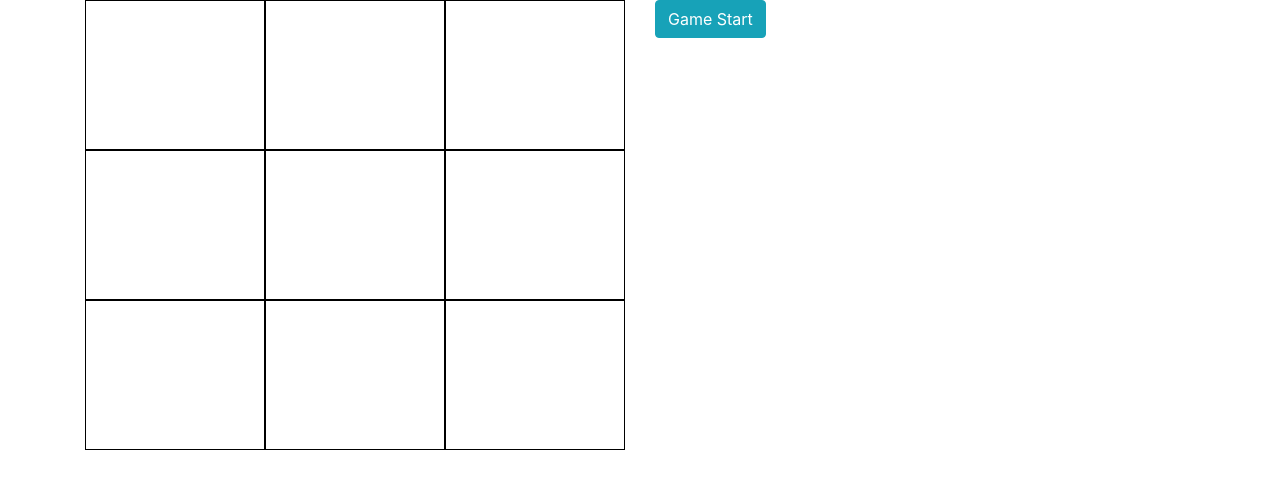
Repository: tts2610/Tic-Tac_Toe
Page: /
These files come from the project's save history. The page is drawn as it stood at one moment and after the next save; the edit follows.
The browser window is 1280 px wide. The pictures show the whole page.
The project was rebuilt for these pictures with package versions that can differ from the ones it lists, and the page was loaded fresh each time.

Above is the page before, as saved 2020-06-02 14:06:10.

After the next save:
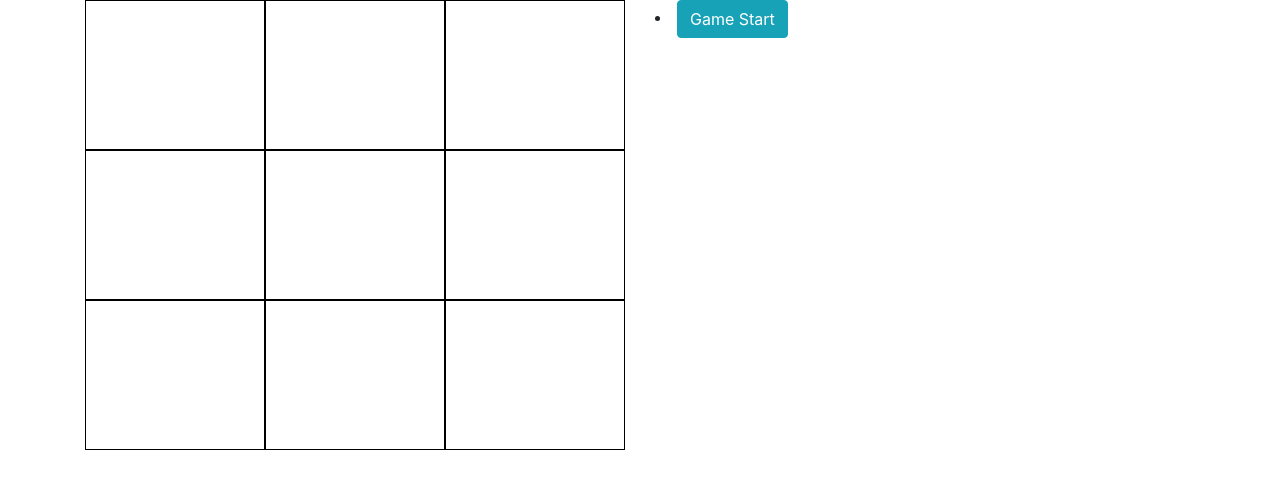
Saved 34 s later.
--- a/src/components/HistoryBoard.js
+++ b/src/components/HistoryBoard.js
@@ -7,14 +7,18 @@
       {keys.map((element, index) => {
         if (index === 0)
           return (
-            <button key={index} type="button" className="btn btn-info">
-              Game Start
-            </button>
+            <li>
+              <button key={index} type="button" className="btn btn-info">
+                Game Start
+              </button>
+            </li>
           );
         return (
-          <button key={index} type="button" className="btn btn-light">
-            {element}
-          </button>
+          <li>
+            <button key={index} type="button" className="btn btn-light">
+              {element}
+            </button>
+          </li>
         );
       })}
     </div>

After the 6 saves that followed:
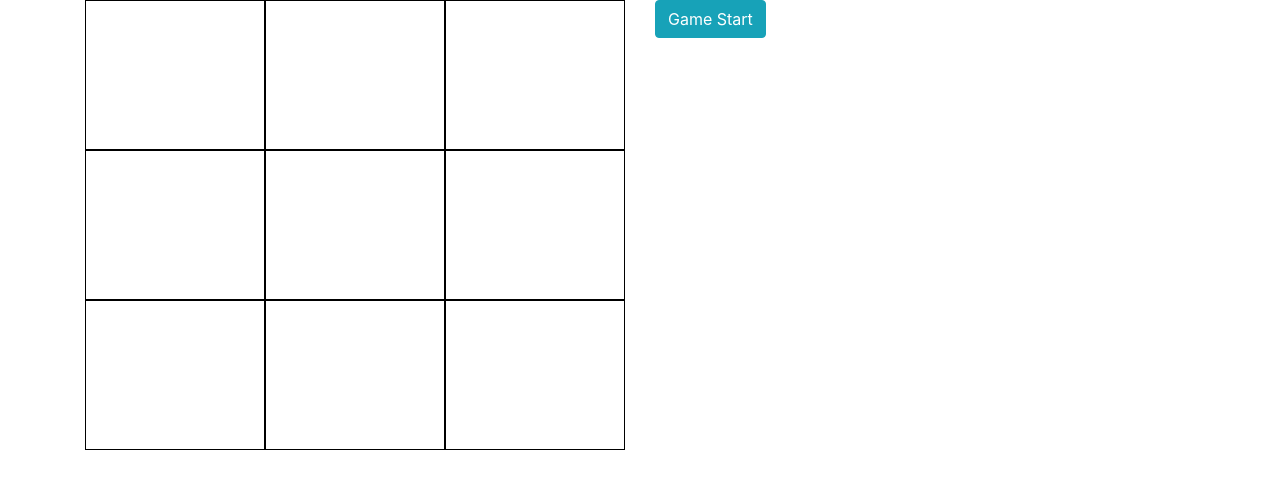
The 6 saves are shown as one change because 1 did not build or start and 4 left the picture as it was.
The last was saved 110 s later.
--- a/src/App.css
+++ b/src/App.css
@@ -3,3 +3,7 @@
     height: 150px;
     border: 1px solid black;
 }
+
+.myLi {
+    list-style-type: none;
+}
--- a/src/components/HistoryBoard.js
+++ b/src/components/HistoryBoard.js
@@ -7,16 +7,16 @@
       {keys.map((element, index) => {
         if (index === 0)
           return (
-            <li>
-              <button key={index} type="button" className="btn btn-info">
+            <li key={index} className="myLi">
+              <button type="button" className="btn btn-info">
                 Game Start
               </button>
             </li>
           );
         return (
-          <li>
-            <button key={index} type="button" className="btn btn-light">
-              {element}
+          <li key={index} className="myLi">
+            <button type="button" className="btn btn-light">
+              Phase {element}
             </button>
           </li>
         );
